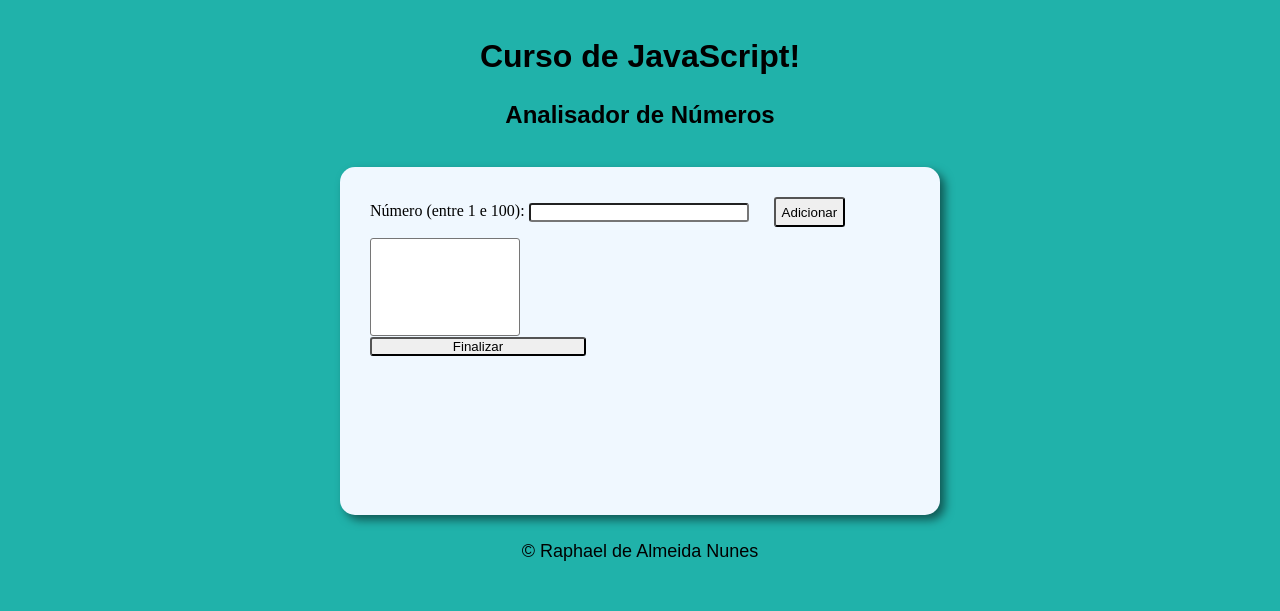
Repository: raphaanunes/codigos
Page: Cursos JavaScript/exercício/analisador de números/analisador.html
The author's editor kept a copy of each file at every save. The page is drawn from the files as they stood at one save, then again after the next save.
The browser window is 1280 px wide. The pictures show the whole page.

Above is the page before, as saved 2024-08-11 14:27:20.

After the next save:
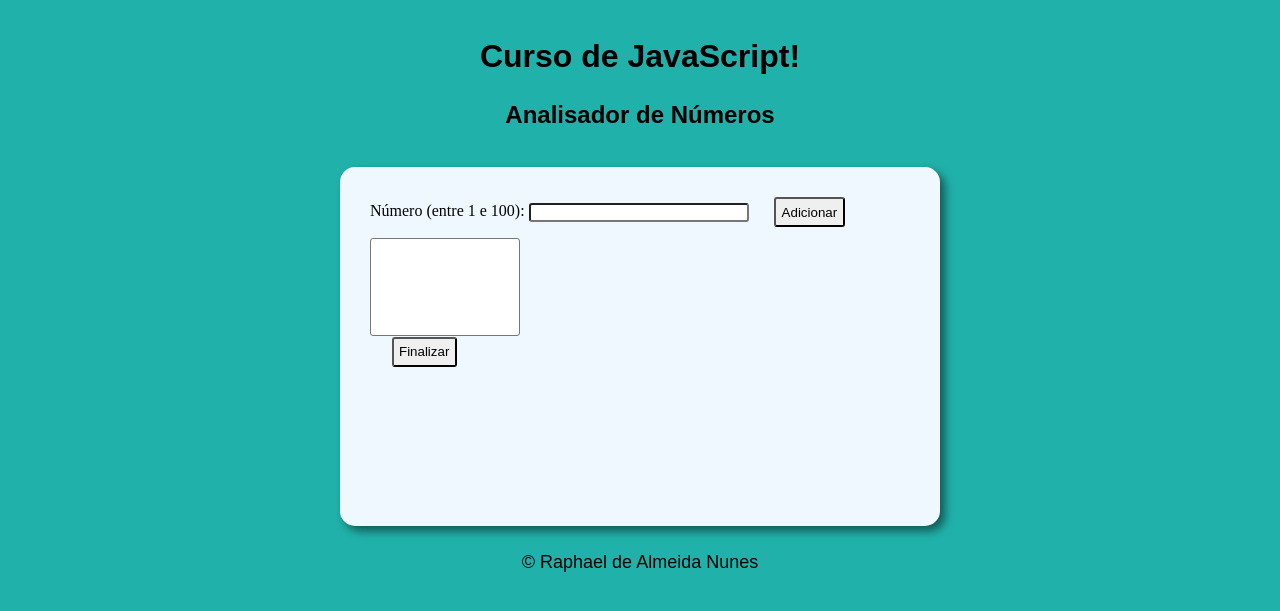
Saved 6 s later.
--- a/Cursos JavaScript/exercício/analisador de números/analisador.html
+++ b/Cursos JavaScript/exercício/analisador de números/analisador.html
@@ -24,7 +24,7 @@
             <input type="number" name="fnum" id="fnum">
             <input type="button" id="botao" value="Adicionar" onclick="adicionar()">
             <br><select name="flista" id="flista" size="6"></select>
-            <br><input type="button" id="botfim" value="Finalizar">
+            <br><input type="button" id="botao" value="Finalizar">
 
         </div>
         <div id="res">
